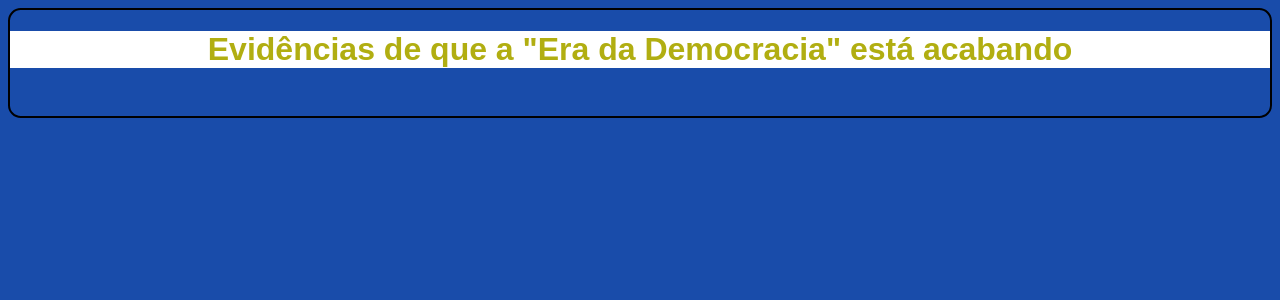
Repository: batmit/FutureFundation.github.io-1
Page: menu/support/support.html
An editor plug-in stored every save of this project. The page is shown before and after the next save, followed by the edit.
The browser window is 1280 px wide. The pictures show the whole page.

Above is the page before, as saved 2021-07-09 18:50:16.

### menu/support/support.html
<!DOCTYPE html>
<html lang="pt-BR">
<head>
    <meta charset="UTF-8">
    <meta http-equiv="X-UA-Compatible" content="IE=edge">
    <meta name="viewport" content="width=device-width, initial-scale=1.0">
    <title>Document</title>
    <link rel="stylesheet" href="/menu/main.css">
</head>
<body>
    <div id="all">
        <header>
            <h1>Evidências de que a "Era da Democracia" está acabando</h1>
        </header>
    </div>
</body>
</html>

### menu/main.css
body{

    text-align: center;

    border: black 2px solid;

    border-radius: 0.8rem;

    font-family: 'Poppins', sans-serif;

    background-color: #194caa;


}

#articles {
    gap: 3px;
}

#all{

    background-color: white;

}


#codigo{
    text-align:left;

}


img{
    text-align: center;
    justify-content: center;

}

p{

    font-family: 'Poppins';

}
a{
    border: 2px solid black;

    border-radius: 0.8rem;

    box-sizing: border-box;

    padding: 0.5rem;

    line-height:3rem;

    margin: 2px;


}

a:hover{

    background-color:rgb(80, 158, 231);

}

h1{

    margin-bottom: 3rem;

    color: rgb(177, 174, 17);

}

audio {
    -webkit-transition:all 0.5s linear;
    -moz-transition:all 0.5s linear;
    -o-transition:all 0.5s linear;
    transition:all 0.5s linear;
    -moz-box-shadow: 2px 2px 4px 0px #006773;
    -webkit-box-shadow:  2px 2px 4px 0px #006773;
    box-shadow: 2px 2px 4px 0px #006773;
    -moz-border-radius:7px 7px 7px 7px ;
    -webkit-border-radius:7px 7px 7px 7px ;
    border-radius:7px 7px 7px 7px ;
}

audio:hover, audio:focus, audio:active {

-webkit-box-shadow: 15px 15px 20px rgba(0,0, 0, 0.4);
-moz-box-shadow: 15px 15px 20px rgba(0,0, 0, 0.4);
box-shadow: 15px 15px 20px rgba(0,0, 0, 0.4);
-webkit-transform: scale(1.05);
-moz-transform: scale(1.05);
transform: scale(1.05);

}



@media (max-width: 900px) {


    a{

        display: block;
        line-height: 0.5rem;
        padding: 1rem;

    }

    #img{
        text-align: right;
    }

}

@media (prefers-color-scheme: dark) {
    #all{

        background-color: black;

    }

    h1{
        color: white
    }

    p{
        color: white;
    }

    a{
        background-color: aqua;
    }

    h3{
        color: white;
    }

    strong {
        color: white;
    }


}

After the next save:
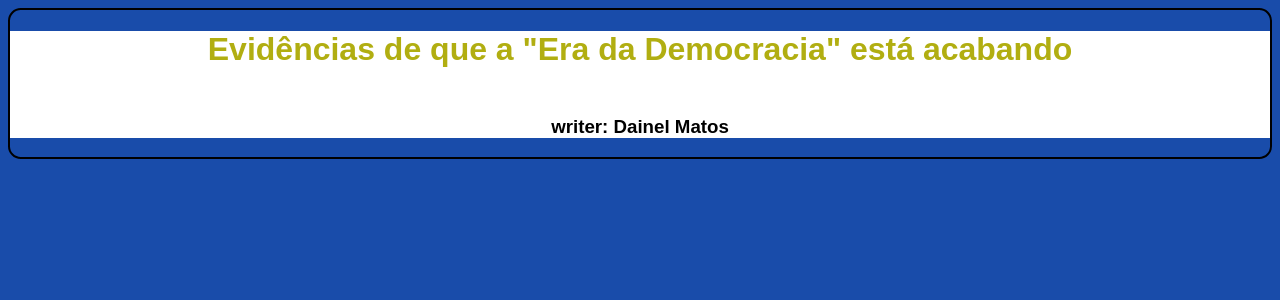
Saved 14 s later.
--- a/menu/support/support.html
+++ b/menu/support/support.html
@@ -11,7 +11,10 @@
     <div id="all">
         <header>
             <h1>Evidências de que a "Era da Democracia" está acabando</h1>
+            <h3>writer: Dainel Matos</h3>
         </header>
+
+
     </div>
 </body>
 </html>
